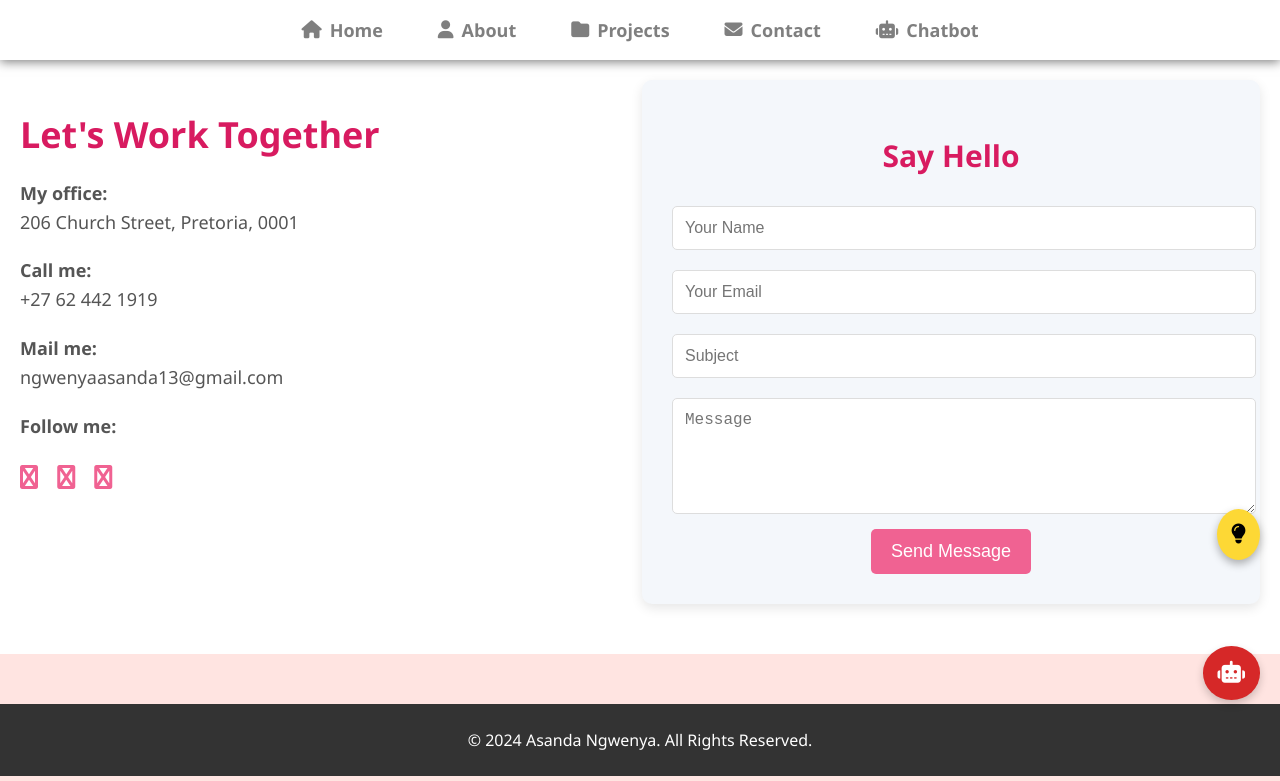
Repository: asandan8106/Asanda-sPortfolio
Page: Portfolio/contact.html
These files come from the project's save history. The page is drawn as it stood at one moment and after a run of saves; the edit follows.
The browser window is 1280 px wide. The pictures show the whole page.

Above is the page before, as saved 2025-05-19 15:57:55.

After the next 2 saves:
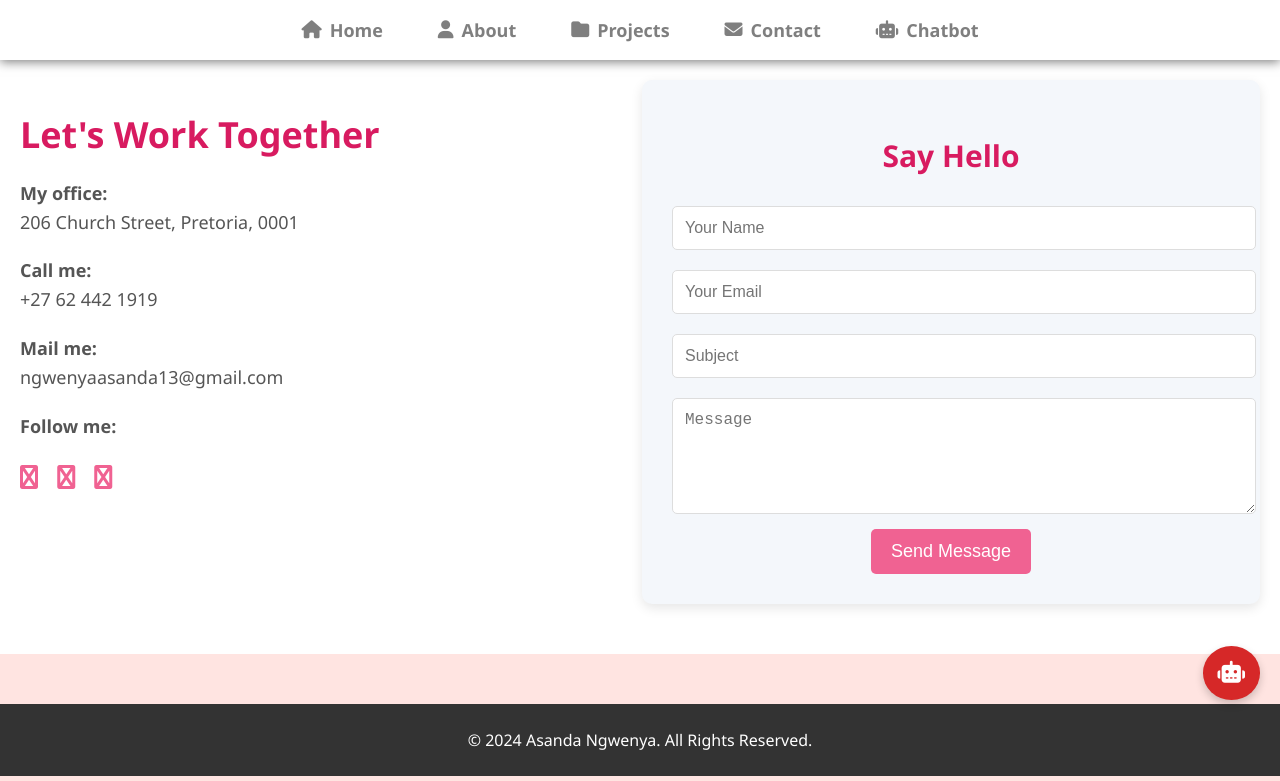
The 2 saves are shown as one change because they came seconds apart.
The last was saved 24 s later.
--- a/Portfolio/contact.html
+++ b/Portfolio/contact.html
@@ -44,9 +44,6 @@
                     <a href="https://www.linkedin.com/in/asanda-ngwenya-b72b5b2a9"><i class="fa fa-linkedin"></i></a>
                 </div>
             </div>
-<button id="theme-toggle" title="Toggle Dark Mode">
-  <i class="fa fa-lightbulb-o" aria-hidden="true"></i>
-</button>
 
             <!-- Contact Form -->
             <div class="contact-form">
@@ -66,30 +63,9 @@
     <i class="fas fa-robot"></i>
   </a>
     <!-- Footer -->
-
     <footer>
         <p>&copy; 2024 Asanda Ngwenya. All Rights Reserved.</p>
     </footer>
-<script>
-  const toggleBtn = document.getElementById('theme-toggle');
-  const body = document.body;
-
-  // Load theme preference
-  if (localStorage.getItem('theme') === 'dark') {
-    body.classList.add('dark-mode');
-  }
-
-  toggleBtn.addEventListener('click', () => {
-    body.classList.toggle('dark-mode');
-
-    // Save preference
-    if (body.classList.contains('dark-mode')) {
-      localStorage.setItem('theme', 'dark');
-    } else {
-      localStorage.setItem('theme', 'light');
-    }
-  });
-</script>
 
 </body>
 </html>
